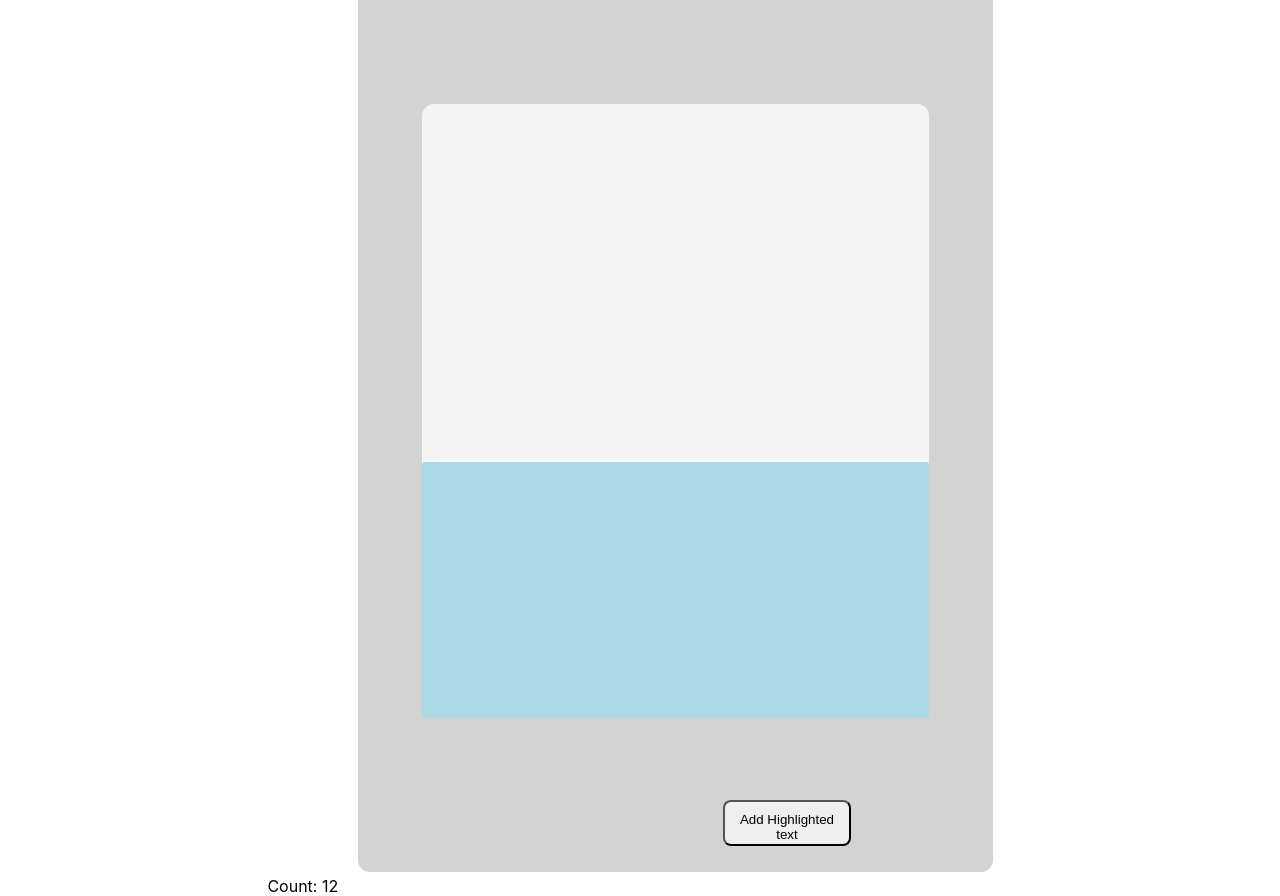
Repository: Farbod29/React-text-highlighter-with-hook-
Page: /
The author's editor kept a copy of each file at every save. The page is drawn from the files as they stood at one save, then again after the next save.
The browser window is 1280 px wide. The pictures show the part of the page from y = 428 to 1324 px (the page is 1324 px tall).
The project was rebuilt for these pictures with package versions that can differ from the ones it lists, and the page was loaded fresh each time.

Above is the page before, as saved 2022-02-18 23:16:35.

After the next save:
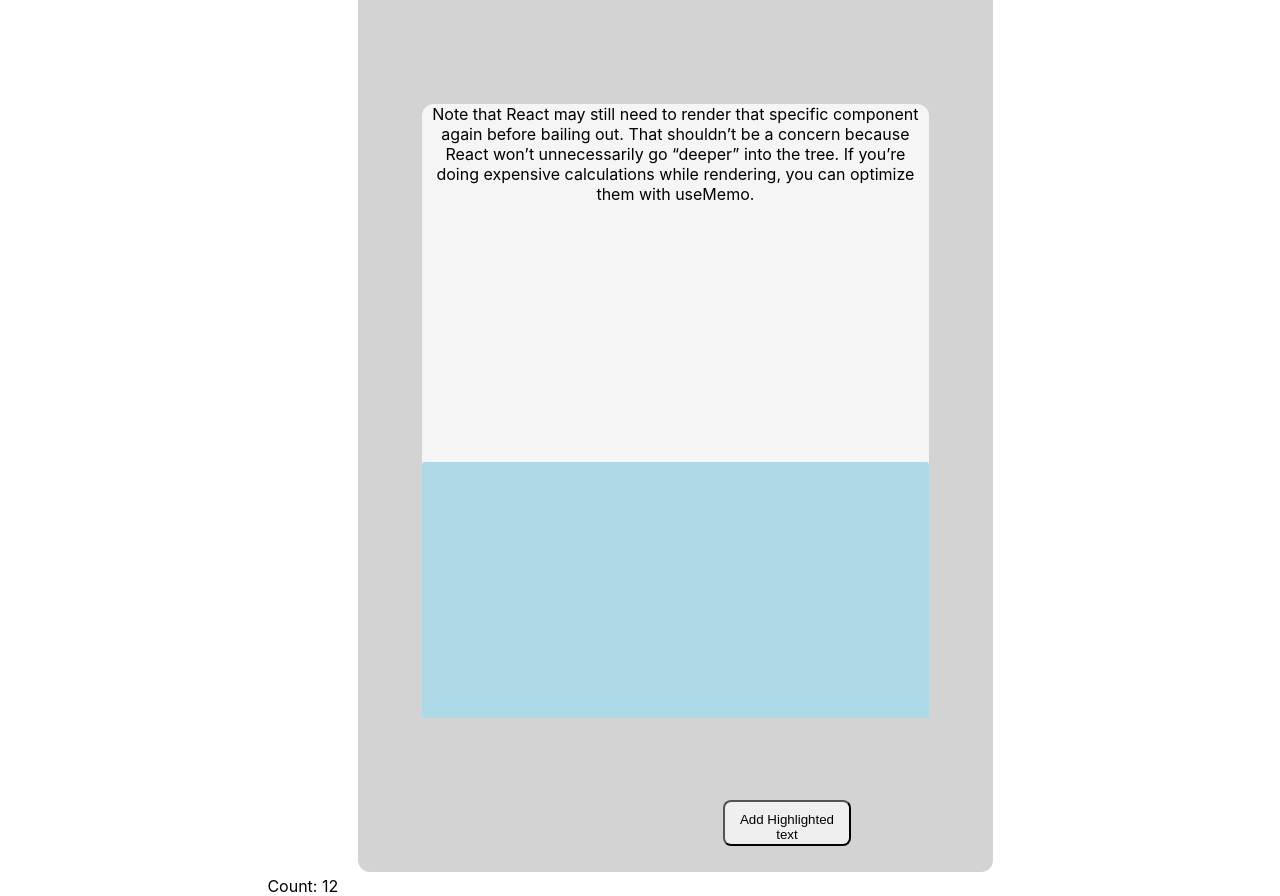
Saved 32 s later.
--- a/src/highlighter.js
+++ b/src/highlighter.js
@@ -50,7 +50,16 @@ export default function Highlighter() {
             borderRadius: '12px',
             position: 'absolute',
           }}
-        />
+        >
+          <div>
+            {' '}
+            Note that React may still need to render that specific component
+            again before bailing out. That shouldn’t be a concern because React
+            won’t unnecessarily go “deeper” into the tree. If you’re doing
+            expensive calculations while rendering, you can optimize them with
+            useMemo.
+          </div>
+        </div>
         <div
           style={{
             // textBox
